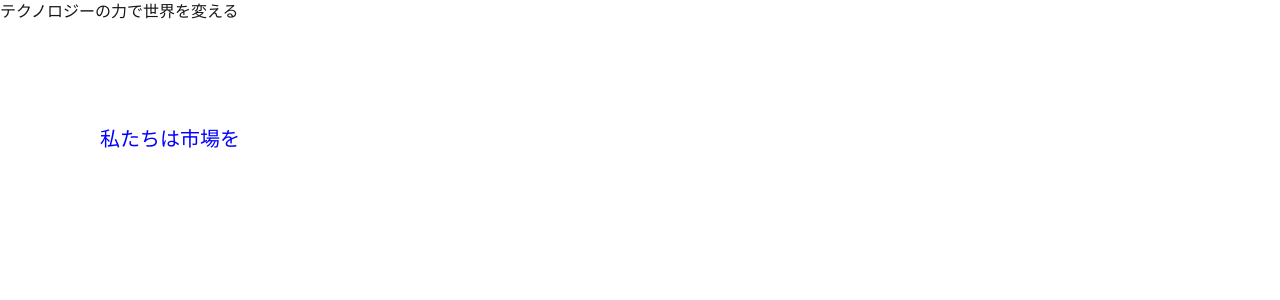
Repository: sk-style/my-next-project
Page: /
An editor plug-in stored every save of this project. The page is shown before and after the next save, followed by the edit.
The browser window is 1280 px wide. The pictures show the whole page.
The project was rebuilt for these pictures with package versions that can differ from the ones it lists, and the page was loaded fresh each time. The framework's server and built-in components were replaced by stand-ins that run in the browser. Also part of the build but not shown: next.config.ts.

Above is the page before, as saved 2025-10-25 21:17:32.

### app/page.tsx
export default function Home() {
  const contentStyle = {
    color: "blue",
    fontSize: "20px",
    margin: "100px",
  };

  return (
    <>
      <h1>テクノロジーの力で世界を変える</h1>
      <p style={contentStyle}>私たちは市場を</p>
    </>
  );
}

Loaded but not shown: app/layout.tsx (common file); app/globals.css (common file)

After the next save:
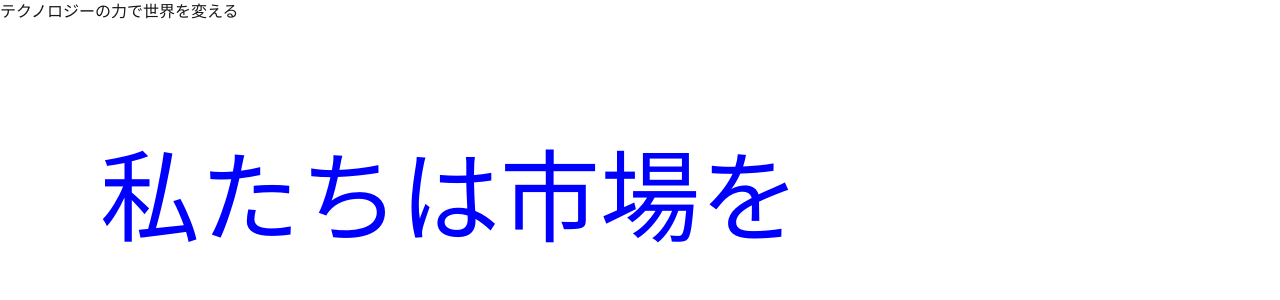
Saved 7 s later.
--- a/app/page.tsx
+++ b/app/page.tsx
@@ -1,7 +1,7 @@
 export default function Home() {
   const contentStyle = {
     color: "blue",
-    fontSize: "20px",
+    fontSize: "100px",
     margin: "100px",
   };
 

After the save that followed:
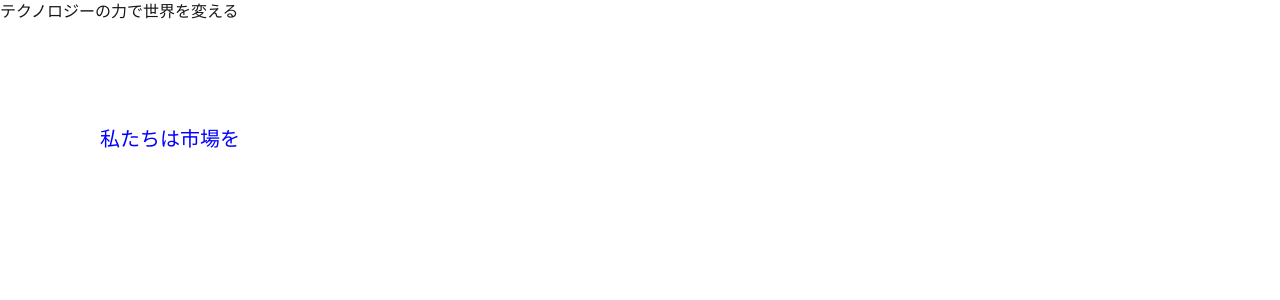
Saved 4 s later.
--- a/app/page.tsx
+++ b/app/page.tsx
@@ -1,7 +1,7 @@
 export default function Home() {
   const contentStyle = {
     color: "blue",
-    fontSize: "100px",
+    fontSize: "20px",
     margin: "100px",
   };
 
